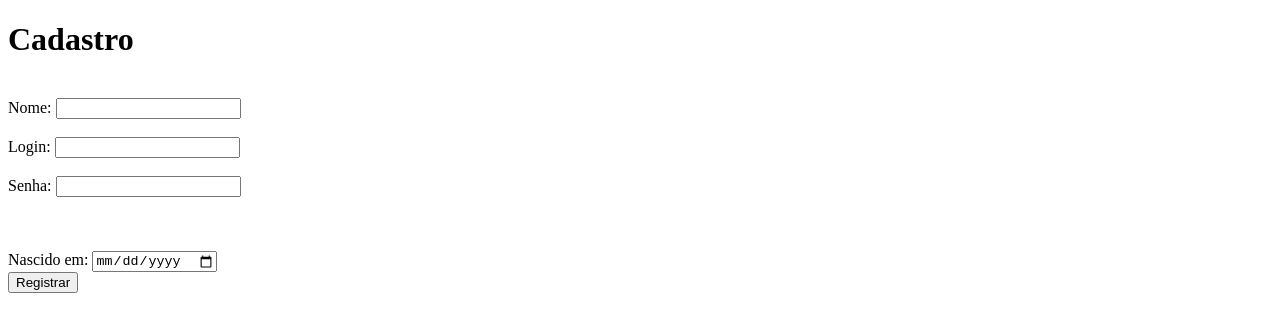
Repository: Vanessa2568/Atividade_Modulo4
Page: http://localhost/TurNE_crud/Cadastro.jsp
The author's editor kept a copy of each file at every save. The page is drawn from the files as they stood at one save, then again after the next save.
The browser window is 1280 px wide. The pictures show the whole page.
The page is served by Tomcat 9. Other server files are loaded and not shown.

Above is the page before, as saved 2023-11-03 02:49:22.

### TurNE_crud/src/main/webapp/Cadastro.jsp
<%@ page language="java" contentType="text/html; charset=ISO-8859-1" pageEncoding="UTF-8" %>
    <!DOCTYPE html>
    <html lang="en">
    <head>
        <meta charset="UTF-8">
        <meta name="viewport" content="width=device-width, initial-scale=1.0">
        <title>Cadastro</title>
    </head>
    <body>
        <h1>Cadastro</h1>
        <br>
        <form action="CreateController" method="POST">
            <label for="nome">Nome:</label>
            <input type="text" id="nome" name="nome" required>
            <br><br>
            <label for="login">Login:</label>
            <input type="text" id="login" name="login" required>
            <br><br>
            <label for="senha">Senha:</label>
            <input type="password" id="senha" name="senha" required>
            <br><br>
            <br><br>
            <label for="dataNascimento"> Nascido em: </label>
            <input type="date" class="form-control" id="dataNasc" name="dataNasc" required>
            <br>
            <input type="submit" value="Registrar">
        </form>
    </body>
    </html>

After the next save:
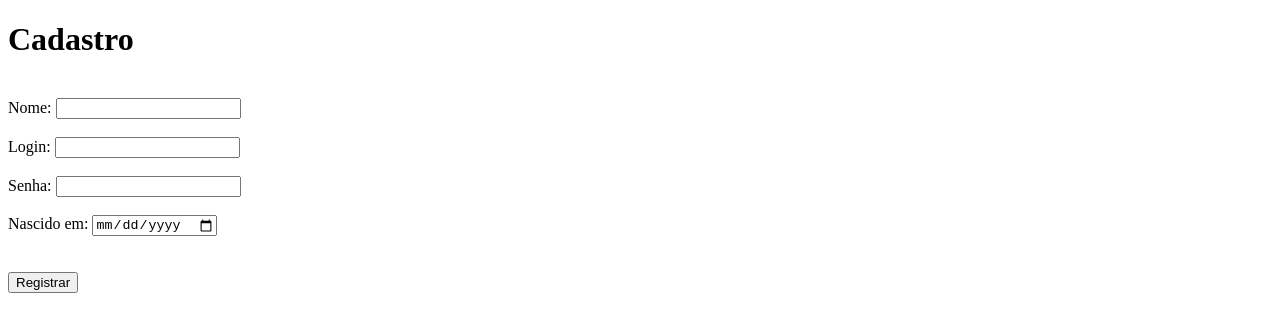
Saved 25 s later.
--- a/TurNE_crud/src/main/webapp/Cadastro.jsp
+++ b/TurNE_crud/src/main/webapp/Cadastro.jsp
@@ -19,10 +19,9 @@
             <label for="senha">Senha:</label>
             <input type="password" id="senha" name="senha" required>
             <br><br>
-            <br><br>
             <label for="dataNascimento"> Nascido em: </label>
             <input type="date" class="form-control" id="dataNasc" name="dataNasc" required>
-            <br>
+            <br><br><br>
             <input type="submit" value="Registrar">
         </form>
     </body>
